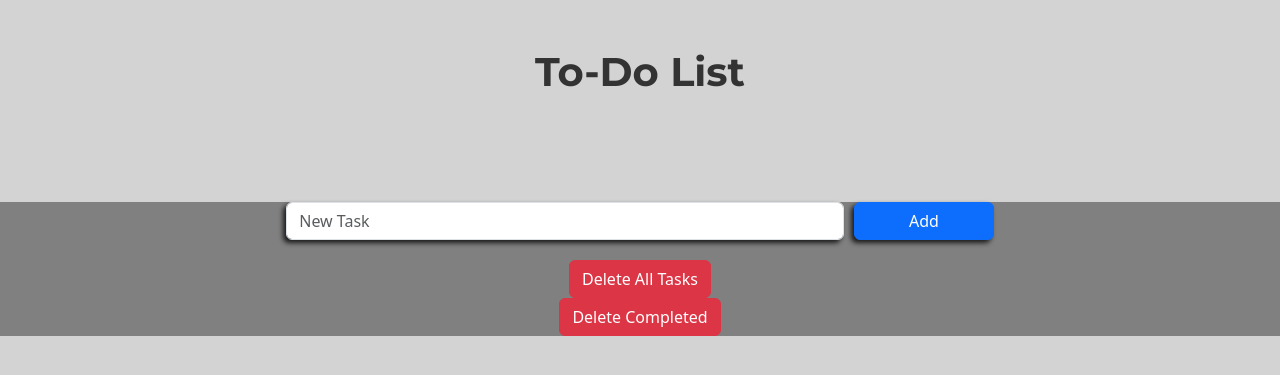
Repository: PituMia/TODO-List
Page: /
The author's editor kept a copy of each file at every save. The page is drawn from the files as they stood at one save, then again after the next save.
The browser window is 1280 px wide. The pictures show the whole page.
The project was rebuilt for these pictures with package versions that can differ from the ones it lists, and the page was loaded fresh each time. Also part of the build but not shown: vite.config.js, src/assets/css/App.css, src/assets/css/Task.css, src/assets/components/Task.jsx.

Above is the page before, as saved 2025-02-01 15:33:27.

### index.html
<!doctype html>
<html lang="en">
  <head>
    <meta charset="UTF-8" />
    <link rel="icon" type="image/svg+xml" href="/vite.svg" />
    <link href="https://cdn.jsdelivr.net/npm/bootstrap@5.3.3/dist/css/bootstrap.min.css" rel="stylesheet" integrity="sha384-QWTKZyjpPEjISv5WaRU9OFeRpok6YctnYmDr5pNlyT2bRjXh0JMhjY6hW+ALEwIH" crossorigin="anonymous">
    <link href="https://fonts.googleapis.com/css2?family=Bubblegum+Sans&display=swap" rel="stylesheet">
    <meta name="viewport" content="width=device-width, initial-scale=1.0" />
    <title>Vite + React</title>
  </head>
  <body>
    <div id="root"></div>
    <script type="module" src="/src/main.jsx"></script>
  </body>
</html>

### src/assets/css/index.css
html, body {
    background-color: #d3d3d3;
    margin: 0;
    padding: 0;
    width: 100%;
    height: 100%;
}

### src/App.jsx
import { useState } from 'react'
import './assets/css/App.css'
import Header from './assets/components/header'
import TaskInput from './assets/components/TaskInput'

import TaskList from './assets/components/TaskList'


function App() {
  const [count, setCount] = useState(0)

  return (
    <>
      <div className='app'>
   <Header />
   <TaskList />

      </div>

    </>
  )
}

export default App

### src/assets/components/header.jsx
import React from "react";
import "../css/header.css";

const Header = () => {
    return (
        <div className="head text-center p-5">
           <h1>To-Do List</h1>

        </div>
    )
};

export default Header

### src/assets/components/TaskInput.jsx
import React, { useState } from "react";
import "../css/TaskInput.css";


const TaskInput = ( {addTask} ) => {
    const [text, setText] = useState("");


    const handleAddTask = (e) => {
        e.preventDefault();
        if (typeof addTask === 'function') {
        addTask(text);
        console.log(text);
        setText("");}
        else {console.log("no es funcion")}



    }

    return (
        <div className="container">
            <form onSubmit={handleAddTask}>
                <div className="input d-flex justify-content-center " style={{ maxWidth: "50%", margin: "0 auto" }}>
                    <input type="text"
                        value={text}
                        onChange={(e) => setText(e.target.value)}
                        placeholder="New Task"
                        className="form-control col-9" required />
                    <button type="submit"
                        className="btn btn-primary col-3">Add</button>
                </div>
            </form>
            <div className="d-flex justify-content-center">

            </div>
        </div>
    );

};

export default TaskInput

### src/assets/components/TaskList.jsx
import React, { useState } from "react";
import Task from "./Task";
import TaskInput from "./TaskInput";
import DeleteAllButton from "./DeleteAllButton";
import DeleteCompleteButton from "./DeleteCompleteButton";
import "../css/TaskList.css";

const TaskList = () => {
    const [tasks, setTasks] = useState([]);

    const handleSwitchBtn = (taskIndex) => {
        setTasks((prevTasks) =>
           prevTasks.map((task, index) =>
             index === taskIndex ? {...task, completed : !task.completed } : task))


    }

    const deleteCompleted = () => {
        setTasks((prevTasks) =>
        prevTasks.filter((task) => !task.completed ))
    }

    const handleDeleteTask = (taskToDelete) => {
        setTasks((prevTask) => prevTask.filter((_, index) => index != taskToDelete))
    }

    const deleteAllTasks = () => {
        setTasks([])
    }

    const handleAddTask = (newTask) => {
        setTasks((prevTask) => [...prevTask,
        {
            task: newTask,
            completed: false,
        }
        ])




    }

    console.log(tasks)

    return (
        <div className="tasklist flex-column justify-content-center" style={{ width: "100%", margin: "50px auto" }}>
            <TaskInput addTask={handleAddTask} />
            {tasks.map((task, index) => (
                <Task key={index}
                      todo={task}
                      index={index}
                      handleDeleteTask={handleDeleteTask}
                      handleSwitchBtn={handleSwitchBtn}  />
           ))}
           <DeleteAllButton deleteAllTasks={deleteAllTasks} />
           <DeleteCompleteButton deleteCompleted={deleteCompleted} />

        </div>
    )

}

export default TaskList

### src/assets/css/header.css
@import url('https://fonts.googleapis.com/css2?family=Montserrat:wght@700&display=swap');

.head {
    font-family: 'Montserrat', sans-serif;
    font-size: clamp(5rem, 20vw, 15rem);
    font-weight: 700;
    text-align: center;
    color: #333;

}

### src/assets/css/TaskInput.css
.input {
    display: flex;
    gap: 10px;

}

.input input,
.input button {
    box-shadow: -3px 3px 5px rgba(0, 0, 0, 0.8)
}

.container {
    margin-bottom: 20px;
}

### src/assets/components/DeleteAllButton.jsx
import React from "react";

const DeleteAllButton = ({ deleteAllTasks }) => {


    return (
        <div>
            <button  className="btn btn-danger d-flex m-auto"
                     onClick={deleteAllTasks}>
                Delete All Tasks

            </button>
        </div>
    )


}

export default DeleteAllButton

### src/assets/components/DeleteCompleteButton.jsx
import React from "react";

const DeleteCompleteButton = ({ deleteCompleted }) => {


    return (
        <div>
            <button  className="btn btn-danger d-flex m-auto"
                     onClick={deleteCompleted}>
                Delete Completed

            </button>
        </div>
    )


}

export default DeleteCompleteButton

### src/assets/css/TaskList.css
.tasklist {
    background-color: grey;
}

Loaded but not shown: src/main.jsx (common file)

After the next save:
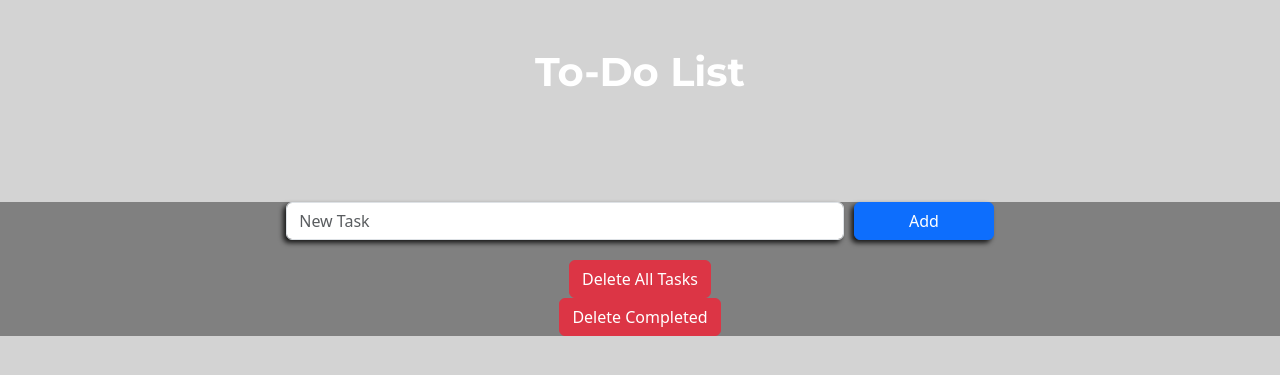
Saved 111 s later.
--- a/src/assets/css/header.css
+++ b/src/assets/css/header.css
@@ -5,6 +5,6 @@
     font-size: clamp(5rem, 20vw, 15rem);
     font-weight: 700;
     text-align: center;
-    color: #333;
+    color: white;
 
 }

After the save that followed:
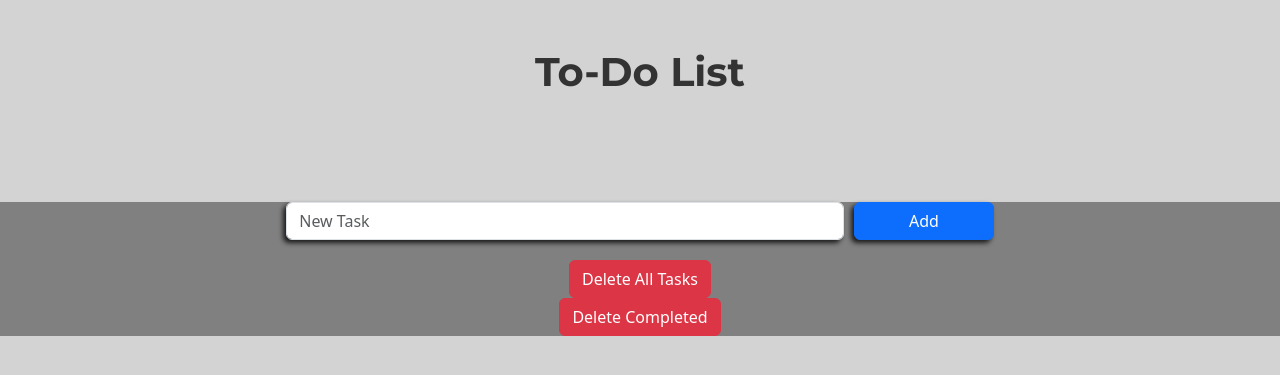
Saved 8 s later.
--- a/src/assets/css/header.css
+++ b/src/assets/css/header.css
@@ -5,6 +5,6 @@
     font-size: clamp(5rem, 20vw, 15rem);
     font-weight: 700;
     text-align: center;
-    color: white;
+    color: #333;
 
 }
